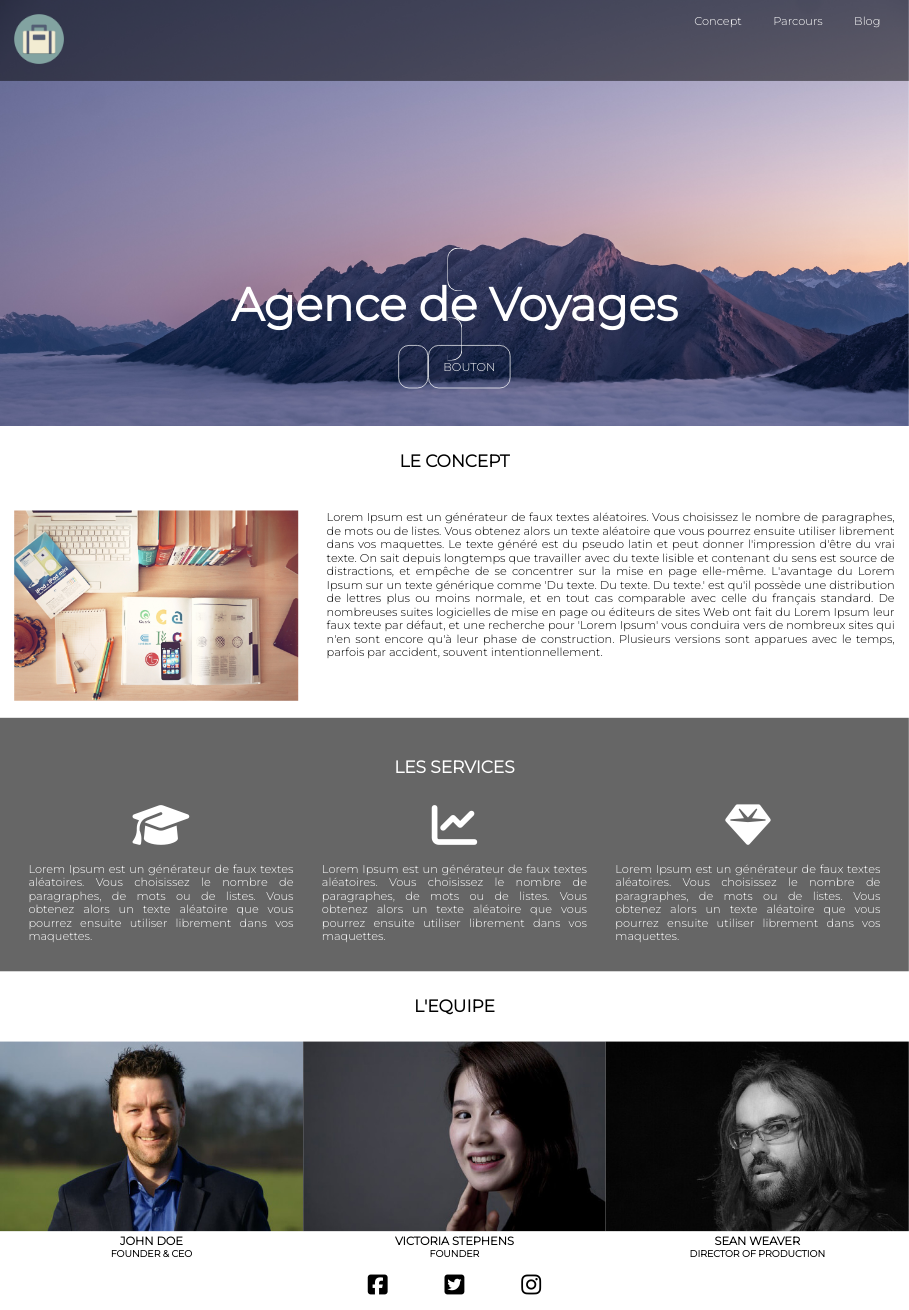
Repository: georeyff/WordPressThemes
Page: agenceVoyageInitial/index.html
An editor plug-in stored every save of this project. The page is shown before and after the next save, followed by the edit.
The browser window is 1280 px wide. The pictures show the whole page, at 71% of full size.
Some web libraries are served in a nearby version.

Above is the page before, as saved 2020-11-28 14:36:49.

### agenceVoyageInitial/index.html
<!DOCTYPE html>

<html>

  <head>
    <meta name="viewport" content="width=device-width, initial-scale=1, maximum-scale=1">
    <title>Agence de voyages</title>
    <link rel="stylesheet" type="text/css" href="style.css">
    <meta charset="utf-8">
    <link rel="preconnect" href="https://fonts.gstatic.com">
<link href="https://fonts.googleapis.com/css2?family=Montserrat:wght@300&display=swap" rel="stylesheet">
  <script src="https://kit.fontawesome.com/00a3624a11.js" crossorigin="anonymous"></script>
  </head>

  <body>

    <section id="hero">

      <nav>
        <div id="logo"><img src="logo-valise.png" width="70px"></div>
        <div id="menuDesktop">
          <a href="#" target="_blank">Concept</a>
          <a href="#" target="_blank">Parcours</a>
          <a href="#" target="_blank">Blog</a>
        </div>

        <div id="menuResp">
          <img src="images/hamburger.png" alt="Responsive Menu Icon" id="hamburger" width="30px">
          <div id="menuMobile">
            <a href="#" target="_blank">Concept</a>
            <a href="#" target="_blank">Parcours</a>
            <a href="#" target="_blank">Blog</
          </div>
        </div>

      </nav><!--Ici, on referme la balise nav-->
      <div id="bandeau">
        <div id="contenu">
          <div class="contenu-tagline">
            <h1>Agence de Voyages</h1>
          </div>
          <div class="contenu-cta">
            <a href="#">BOUTON</a>
          </div>

        </div><!--Ici, on referme la div contenu-->
      </div><!-- Ici, on referme la div bandeau-->

    </section><!--Ici, on referme la balise section-->

    <section id="apropos-section">
        <h2>LE CONCEPT</h2>
        <div id="apropos">
          <div id="apropos_image">

            <img src="images/office.jpg" alt="bureau"/>

           </div><!-- Referme apropos_image-->
            <div id="apropos_texte">
             <p>
               Lorem Ipsum est un générateur de faux textes aléatoires. Vous choisissez le nombre de paragraphes, de mots ou de listes. Vous obtenez alors un texte aléatoire que vous pourrez ensuite utiliser librement dans vos maquettes. Le texte généré est du pseudo latin et peut donner l'impression d'être du vrai texte. On sait depuis longtemps que travailler avec du texte lisible et contenant du sens est source de distractions, et empêche de se concentrer sur la mise en page elle-même. L'avantage du Lorem Ipsum sur un texte générique comme 'Du texte. Du texte. Du texte.' est qu'il possède une distribution de lettres plus ou moins normale, et en tout cas comparable avec celle du français standard. De nombreuses suites logicielles de mise en page ou éditeurs de sites Web ont fait du Lorem Ipsum leur faux texte par défaut, et une recherche pour 'Lorem Ipsum' vous conduira vers de nombreux sites qui n'en sont encore qu'à leur phase de construction. Plusieurs versions sont apparues avec le temps, parfois par accident, souvent intentionnellement.
             </p>
           </div><!-- Referme apropos_texte -->
        </div>
    </section><!--Ici, on referme la section apropos-->

    <section id="services-section">
      <h2>LES SERVICES</h2>
      <div id="services">
        <div class="services_item">
          <i class="fas fa-graduation-cap fa-4x"></i>
          <p>
            Lorem Ipsum est un générateur de faux textes aléatoires. Vous choisissez le nombre de paragraphes, de mots ou de listes. Vous obtenez alors un texte aléatoire que vous pourrez ensuite utiliser librement dans vos maquettes.
          </p>
        </div><!-- Referme services_item -->
        <div class="services_item">
          <i class="fas fa-chart-line fa-4x"></i>
          <p>
            Lorem Ipsum est un générateur de faux textes aléatoires. Vous choisissez le nombre de paragraphes, de mots ou de listes. Vous obtenez alors un texte aléatoire que vous pourrez ensuite utiliser librement dans vos maquettes.
          </p>
        </div><!-- Referme services_item -->
        <div class="services_item">
          <i class="fas fa-gem fa-4x"></i>
          <p>
            Lorem Ipsum est un générateur de faux textes aléatoires. Vous choisissez le nombre de paragraphes, de mots ou de listes. Vous obtenez alors un texte aléatoire que vous pourrez ensuite utiliser librement dans vos maquettes.
        </div><!-- Referme services_item -->
      </div>
    </section><!--Ici, on referme la section services-->

    <section id="team-section">
      <h2>L'EQUIPE</h2>
      <div id="team">
        <div class="team_item">
          <img src="team1.jpg">
          <h4>JOHN DOE</h4>
          <h5>FOUNDER & CEO</h5>
        </div><!-- Referme services_item -->
        <div class="team_item">
          <img src="team2.jpg">
          <h4>VICTORIA STEPHENS</h4>
          <h5>FOUNDER</h5>
        </div><!-- Referme services_item -->
        <div class="team_item">
          <img src="team3.jpg">
          <h4>SEAN WEAVER</h4>
          <h5>DIRECTOR OF PRODUCTION</h5>
        </div><!-- Referme services_item -->
      </div>

    </section><!--Ici, on referme la section services-->

    <section id="form">
      <!--  ici le formulaire par widget -->
    </section>

    <footer>
      <div class="social">
        <a href="http://facebook.fr" target="_blank"><i class="fab fa-facebook-square fa-2x"></i></a>
      </div>
       <div class="social">
        <a href="http://twitter.fr" target="_blank"><i class="fab fa-twitter-square fa-2x"></i></a>
      </div>
      <div class="social">
        <a href="http://instagram.fr" target="_blank"><i class="fab fa-instagram fa-2x"></i></a>
      </div>
    </footer><!--Ici, on referme la balise footer-->


    <script src="js/script.js"></script>
  </body>

</html>

### agenceVoyageInitial/style.css
*{
  margin:0;
  padding:0;
}

html{
  font-family: 'Montserrat', sans-serif;
  font-size: 16px;
}

h1{
  color: white;
  font-size: 65px;
}
h2{
  text-align: center;
  padding: 35px;
}
h3{
  color: black;
}
a{
  color: white;
  text-decoration: none;
  padding : 20px;
}
/*HERO SECTION*/
#hero{
  background: url('images/bg.jpg');
  background-repeat: no-repeat;
  background-size: cover;
  height: 600px;
  position: relative;
}
nav{
  background-color: rgba(0,0,0,0.5);
  text-align: center;
  padding: 20px;
  display: flex;
  justify-content: space-between;
}
#menu{
 padding-top: 2%;
}
#menuResp{
  display: none;
}
/* #menuMobile{
  display: none;
} */

#bandeau{
  margin-top: 17%;
}
#contenu{
  text-align: center;
}
#contenu a{
  color : rgb(255, 255, 255);
  border : 1px solid rgb(255, 255, 255);
  border-radius: 15px;
  padding: 20px;
  transition: all 1s;
}
#contenu a:hover{
  color : rgb(255, 255, 255);
  border : 1px solid rgba(92, 92, 92, 0.8);
  background-color: rgba(92, 92, 92, 0.8);
}
.contenu-cta{
  margin-top: 20px;
}
#apropos{
  background-color: white;
  display: flex;
}

#apropos_image{
  padding: 20px;
  flex: 1;
}

#apropos_texte{
  padding: 20px;
  flex: 2;
  text-align: justify;
}

#apropos_image img{
  flex:1;
  max-width: 100%;/*L'image prend au maximum la largeur de son contenant, soit 100% de 1/3*/
}
#services-section{
  background-color: #666;
  color: white;
  padding : 20px;
  text-align: center;
}
#services{
  display : flex;

}
.services_item p{
  text-align: justify;
  padding: 20px;
}
#team{
  display : flex;
  text-align: center;
}
.team_item{
  flex: 1;
}
.team_item img{
  width: 100%;
}
.team_item p{
  text-align: justify;
  padding: 20px;
}
footer{
  display: flex;
  justify-content: center;
}

footer a{
  color: black;
}

footer a:hover{
  color: #e74c3c;
}

.social{
  padding: 20px;
}


@media screen and (max-width: 500px){
  .contenu-cta {
    margin-top: 36px;
}
  #menuDesktop {
  display: none;
}
#menuResp{
  display: block;
}
#hamburger{
  display: block;
}
#menuMobile{
  display: none;
}
  #apropos, #services, #team{
   flex-direction: column;
  }/*Ici, on referme la déclaration #apropos*/
  .team_item {
    margin-bottom: 6%;
}

}/*Ici, on referme la media query*/

### agenceVoyageInitial/js/script.js
console.log('test')
// Je récupère le hamburger
var hamburger = document.getElementById('hamburger');
console.log(hamburger, "ham")
// Je cible la DIV à afficher
var menuMobile = document.getElementById('menuMobile');
console.log(menuResp)

// J'ajoute un listener + une action
hamburger.addEventListener('click', function(){
	if (menuMobile.style.display == 'block'){
	menuMobile.style.display = 'none';
	}else{
	menuMobile.style.display = 'block';
	}
})

After the next save:
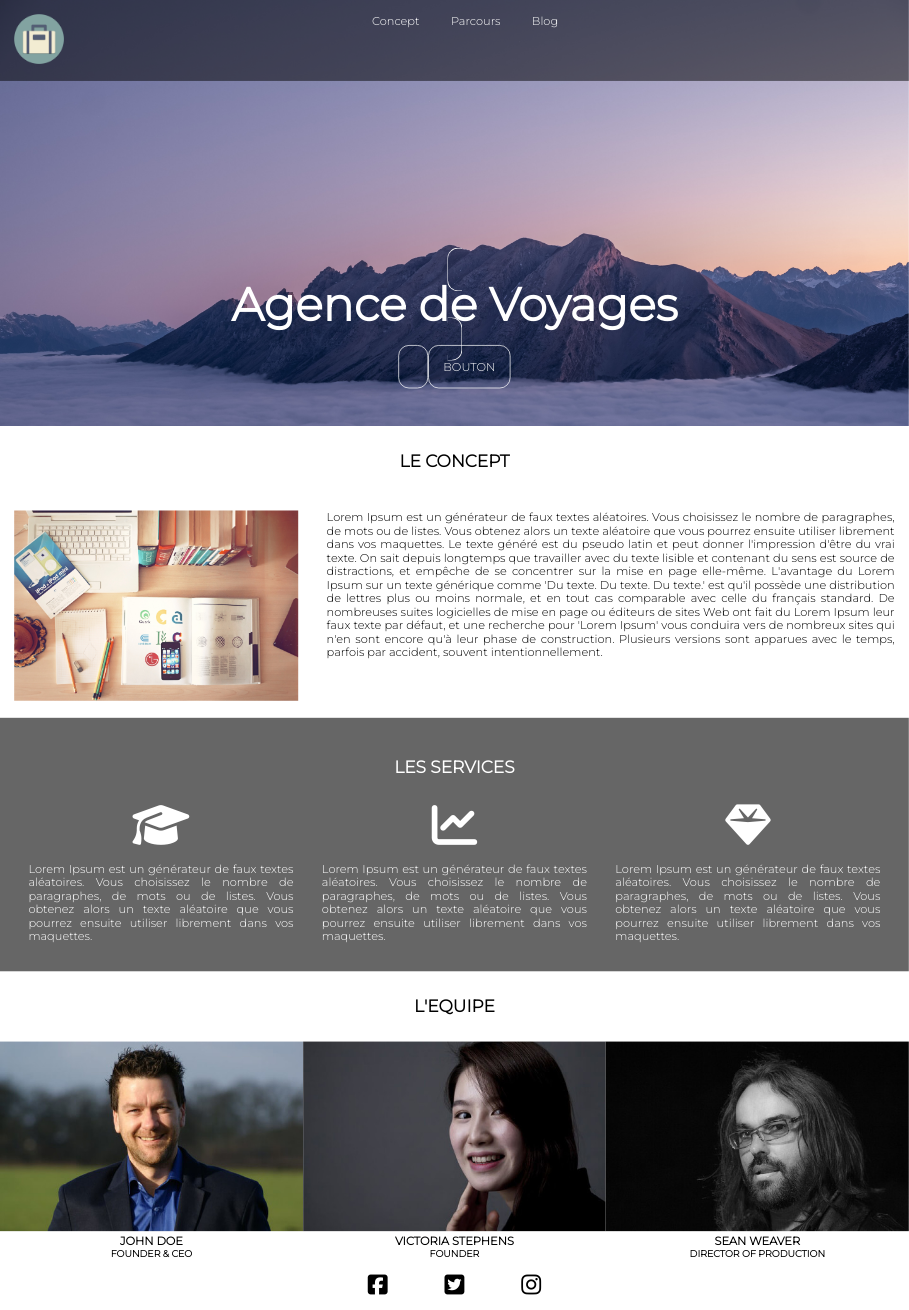
Saved 4 s later.
--- a/agenceVoyageInitial/index.html
+++ b/agenceVoyageInitial/index.html
@@ -29,7 +29,7 @@
           <div id="menuMobile">
             <a href="#" target="_blank">Concept</a>
             <a href="#" target="_blank">Parcours</a>
-            <a href="#" target="_blank">Blog</
+            <a href="#" target="_blank">Blog</>
           </div>
         </div>
 
